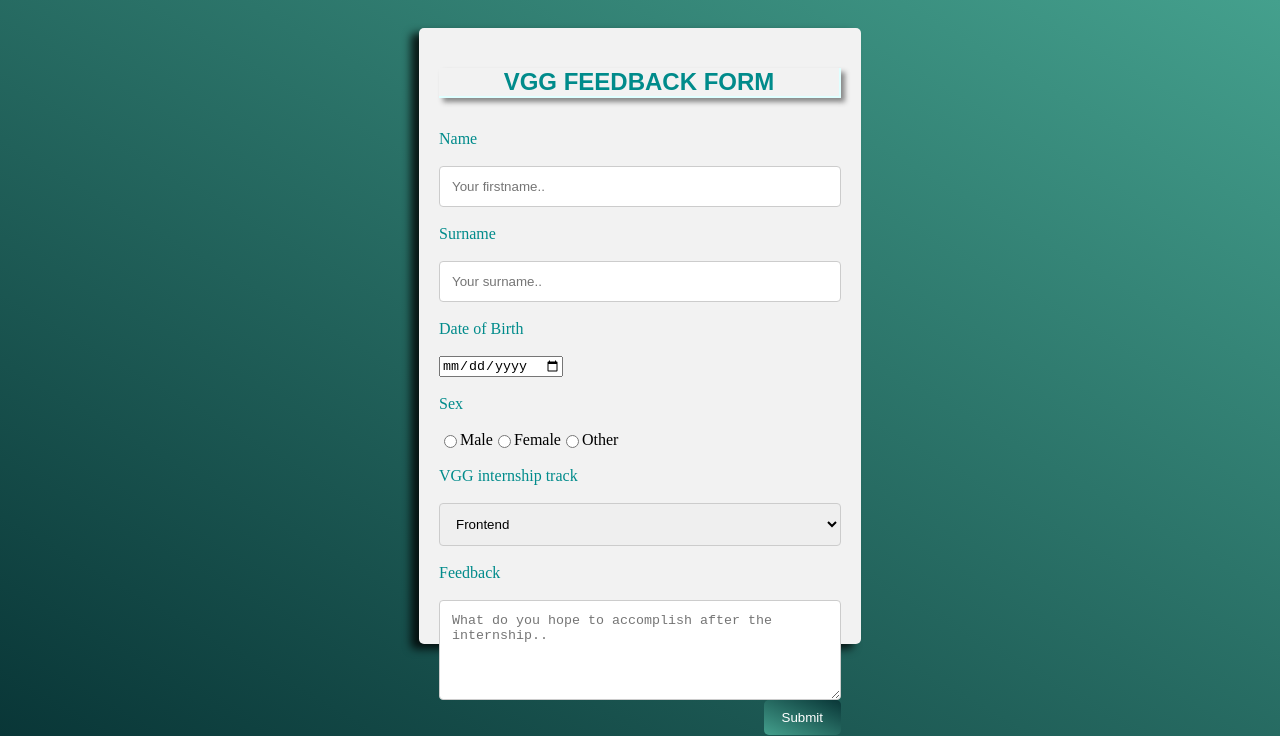
Repository: iphyokafor/VGG-Feedback-form
Page: index2.html
These files come from the project's save history. The page is drawn as it stood at one moment and after the next save; the edit follows.
The browser window is 1280 px wide. The pictures show the whole page.

Above is the page before, as saved 2020-01-13 01:58:33.

### index2.html
<!DOCTYPE html>
<html lang="en">

<head>
    <meta charset="UTF-8">
    <meta name="viewport" content="width=device-width, initial-scale=1.0">
    <meta http-equiv="X-UA-Compatible" content="ie=edge">
    <title>VGG feedback form</title>
    <link rel="stylesheet" href="./main.css">
</head>

<body>
    <div class="container">
        <form>
            <h2 class="heading">Vgg feedback form</h2>
            <div class="row">
                <div class="column1">
                    <label for="name">Name</label>
                </div>
                <div class="column3">
                    <input type="text" class="txtinput" id="name" name="name" placeholder="Your firstname.." required>
                </div>
            </div>
            <div class="row">
                <div class="column1">
                    <label for="surname">Surname</label>
                </div>
                <div class="column3">
                    <input type="text" class="txtinput" id="surname" name="surname" placeholder="Your surname.." required>
                </div>
            </div>
            <div class="row">
                <div class="column1">
                    <label for="dob">Date of Birth</label>
                </div>
                <div class="column3">
                    <input type="date" id="date" name="date">
                </div>
            </div>
            <div class="row">
                <div class="column1">
                    <label for="sex">Sex</label>
                </div>
                <div class="column3">
                    <input type="radio" class="radio-style" name="gender">Male<br>
                    <input type="radio" class="radio-style" name="gender">Female<br>
                    <input type="radio" class="radio-style" name="gender">Other
                </div>
            </div>
            <div class="row">
                <div class="column1">
                    <label for="VGG internship">VGG internship track</label>
                </div>
                <div class="column3">
                    <select id="VGG internship" name="VGG">
            <option value="frontend">Frontend</option>
            <option value="backend">Backend</option>
            <option value="ui/ux">UI/UX</option>
            <option value="software">Software Quality Assurance</option>
            <option value="devops">DevOps</option>
          </select>
                </div>
            </div>
            <div class="row">
                <div class="column1">
                    <label for="feedback">Feedback</label>
                </div>
                <div class="column3">
                    <textarea id="feedback" name="feedback" placeholder="What do you hope to accomplish after the internship.." style="height:100px"></textarea>
                </div>
            </div>
            <div class="row">
                <input type="submit" class="btn" value="Submit">
            </div>
        </form>
    </div>

</body>

</html>

### main.css
/* Style inputs, select elements and textareas */

body {
    display: flex;
    justify-content: center;
    flex-wrap: wrap;
    background: linear-gradient(to right top, #093637, #44A08D);
    background-repeat: no-repeat;
    height: 100vh;
}

.txtinput,
select,
textarea {
    width: 100%;
    padding: 12px;
    border: 1px solid #ccc;
    border-radius: 4px;
    box-sizing: border-box;
    resize: vertical;
}


/* Style the label to display next to the inputs */

label {
    padding: 12px 12px 12px 0;
    display: inline-block;
}


/* Style the submit button */

.btn {
    background: linear-gradient(to left bottom, #093637, #44A08D);
    color: white;
    padding: 10px 18px;
    border: none;
    border-radius: 5px;
    cursor: pointer;
    float: right;
    transition: all 1s;
}

.btn:hover {
    transform: scale(1.1);
}


/* Style the container */

.container {
    height: 80vh;
    margin-top: 20px;
    border-radius: 5px;
    background-color: #f2f2f2;
    padding: 20px;
    box-shadow: -8px 5px 8px rgba(0, 0, 0, 0.8);
    transition: border 0.15s linear 0s, linear 0s, color 0.15s linear 0s;
}

.heading {
    text-transform: uppercase;
    font-family: Arial, Helvetica, sans-serif;
    color: darkcyan;
    border-bottom: 2px solid lightcyan;
    border-right: 2px solid lightcyan;
    box-shadow: 4px 4px 5px #888888;
    width: 400px;
    text-align: center;
}


/* Floating column for labels: 25% width */

.column1 {
    display: flex;
    flex-flow: row;
    justify-content: flex-start;
    /* float: left; */
    /* width: 25%; */
    margin-top: 6px;
    color: darkcyan;
}


/* Floating column for inputs: 75% width */

.column3 {
    /* float: left;
    width: 75%; */
    display: flex;
    flex-flow: row;
    justify-content: flex-start;
    margin-top: 6px;
}


/* Clear floats after the columns */

.row:after {
    content: "";
    display: table;
    clear: both;
}


/* Responsive layout - when the screen is less than 600px wide, make the two columns stack on top of each other instead of next to each other */

@media screen and (max-width: 600px) {
    .column1,
    .column3,
    .btn {
        width: 100%;
        margin-top: 0;
    }
}

After the next save:
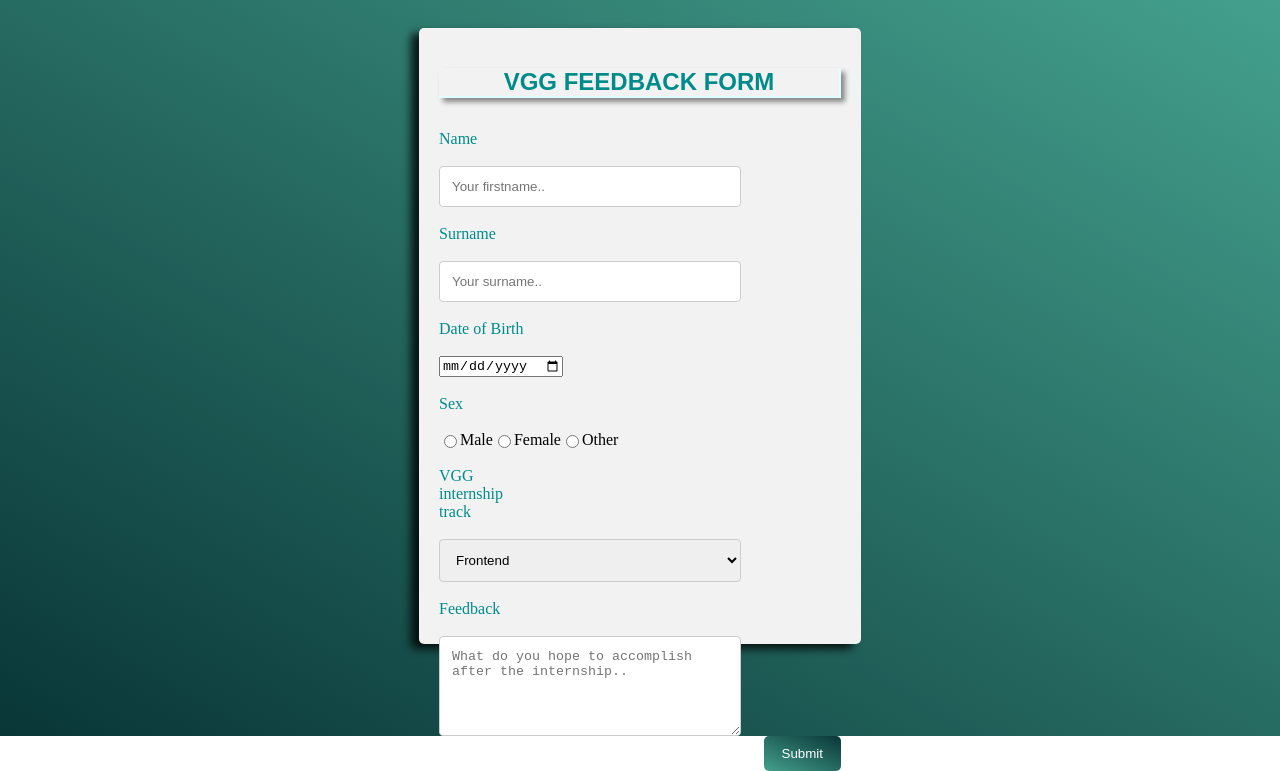
Saved 98 s later.
--- a/main.css
+++ b/main.css
@@ -78,7 +78,7 @@ label {
     flex-flow: row;
     justify-content: flex-start;
     /* float: left; */
-    /* width: 25%; */
+    width: 25%;
     margin-top: 6px;
     color: darkcyan;
 }
@@ -87,8 +87,8 @@ label {
 /* Floating column for inputs: 75% width */
 
 .column3 {
-    /* float: left;
-    width: 75%; */
+    /* float: left; */
+    width: 75%;
     display: flex;
     flex-flow: row;
     justify-content: flex-start;
